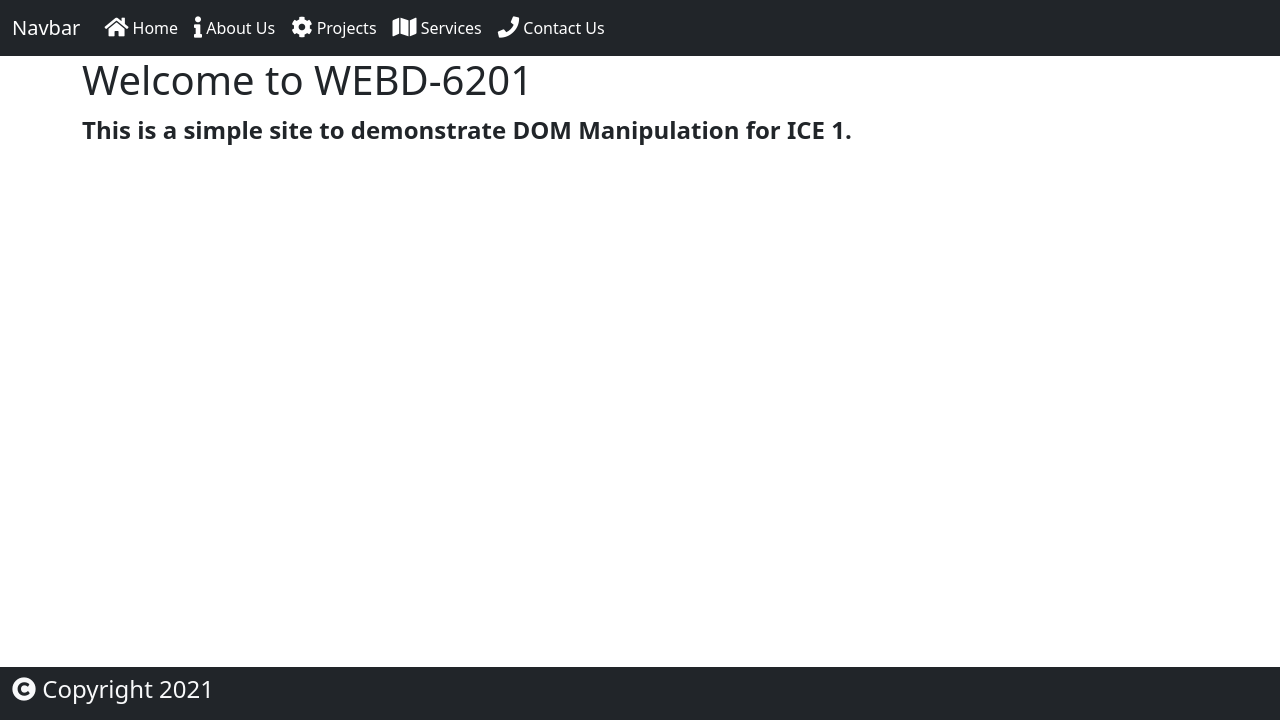
Repository: CKM206/WEBD6201-W2021---ICE1
Page: index.html
An editor plug-in stored every save of this project. The page is shown before and after the next save, followed by the edit.
The browser window is 1280 px wide. The pictures show the whole page.

Above is the page before, as saved 2021-01-20 09:44:28.

### index.html
<!DOCTYPE html>
<html lang="en">
<head>
    <meta charset="UTF-8">
    <meta name="viewport" content="width=device-width, initial-scale=1.0">
    <title>WEBD6201 - W2021 - ICE 1</title>
    <!-- CSS Section -->
    <!-- Inject Bootstrap first, always-->
    <link rel="stylesheet"
    href="./node_modules/bootstrap/dist/css/bootstrap.min.css">
    <!-- Now inject Icon Fonts using Font Awesome-->
    <link rel="stylesheet"
    href="./node_modules/@fortawesome/fontawesome-free/css/all.min.css">
    <!-- Now inject our custom css-->
    <link rel="stylesheet" href="./Content/app.css">
</head>
<body>

    <header>
        <nav class="navbar navbar-expand-lg navbar-dark bg-dark">
            <div class="container-fluid">
              <a class="navbar-brand" href="#">Navbar</a>
              <button class="navbar-toggler" type="button" data-bs-toggle="collapse" data-bs-target="#navbarSupportedContent" aria-controls="navbarSupportedContent" aria-expanded="false" aria-label="Toggle navigation">
                <span class="navbar-toggler-icon"></span>
              </button>
              <div class="collapse navbar-collapse" id="navbarSupportedContent">
                <ul class="navbar-nav me-auto mb-2 mb-lg-0">
                  <li class="nav-item">
                    <a class="nav-link active" aria-current="page" href="#"><i class="fas fa-home fa-lg"></i> Home</a>
                  </li>
                  <li class="nav-item">
                    <a class="nav-link active" aria-current="page" href="#"><i class="fas fa-info fa-lg"></i> About Us</a>
                  </li>
                  <li class="nav-item">
                    <a class="nav-link active" aria-current="page" href="#"><i class="fas fa-cog fa-lg"></i> Projects</a>
                  </li>
                  <li class="nav-item">
                    <a class="nav-link active" aria-current="page" href="#"><i class="fas fa-map fa-lg"></i> Services</a>
                  </li>
                  <li class="nav-item">
                    <a class="nav-link active" aria-current="page" href="#"><i class="fas fa-phone fa-lg"></i> Contact Us</a>
                  </li>
                </ul>
              </div>
            </div>
          </nav>
    </header>

    <main class="container">
        <h1>Welcome to WEBD-6201</h1>
        <p id="paragraphOne"></p>
    </main>

    <!-- Footer Section -->
    <footer>
        <nav class="navbar fixed-bottom navbar-dark bg-dark">
            <div class="container-fluid">
              <h4 class="text-light"><i class="fas fa-copyright text-light"></i> Copyright 2021</h4>
            </div>
          </nav>
    </footer>

    <!--Script Section-->
    <script src="./node_modules/jquery/dist/jquery.min.js"></script>
    <script src="./node_modules/bootstrap/dist/js/bootstrap.bundle.min.js"></script>
    <script src="./Scripts/app.js"></script>
</body>
</html>

### Content/app.css
/* Custom CSS Here */

### Scripts/app.js
/* Custom Javascript Here */
"use strict";   // Indicate that the code should be executed in "strict mode".

// IIFE - Immediately Invoked Function Expression (Anonymous Self-Executing Function)
//-Acts as a Closure, Limits Scope Leak
(function()
{
    function Start()
    {
        console.log("App Started...");

        // This shows different ways of accessing an element; @see index.html <p> on line 51
        //-Each has its own use and solves different problems
        let paragraphOneText = "This is a simple site to demonstrate DOM Manipulation for ICE 1.";
        let paragraphOneElement = document.getElementById("paragraphOne");

        // let aParagraph = document.getElementsByTagName("p")[0];
        // let allParagraphs = document.getElementsByTagName("p");
        // let paragraphOneQuery = document.querySelector("p");
        // let paragraphOneQuerys = document.querySelectorAll("p");

        // Print each variable to the console, see how each one "points" to the same <p> element
        // console.log(paragraphOneElement);
        // console.log(aParagraph);
        // console.log(allParagraphs[0]);
        // console.log(paragraphOneQuery);
        // console.log(paragraphOneQuerys);

        // Assigning values to the textContent of the element we have a reference to
        paragraphOneElement.textContent = paragraphOneText;

        /* We can change the style as well..
          For the most part its best to use css sheets, but this can be useful when attempting
          dynamic effects on the webpage
        */

        //paragraphOneElement.style = "color: blue;";

        // We can change the class of an element as well...
        paragraphOneElement.className = "fs-4 fw-bold";


    }

    window.addEventListener("load", Start);
})();

Loaded but not shown: node_modules/bootstrap/dist/css/bootstrap.min.css (library); node_modules/@fortawesome/fontawesome-free/css/all.min.css (library); node_modules/jquery/dist/jquery.min.js (library); node_modules/bootstrap/dist/js/bootstrap.bundle.min.js (library)

After the next save:
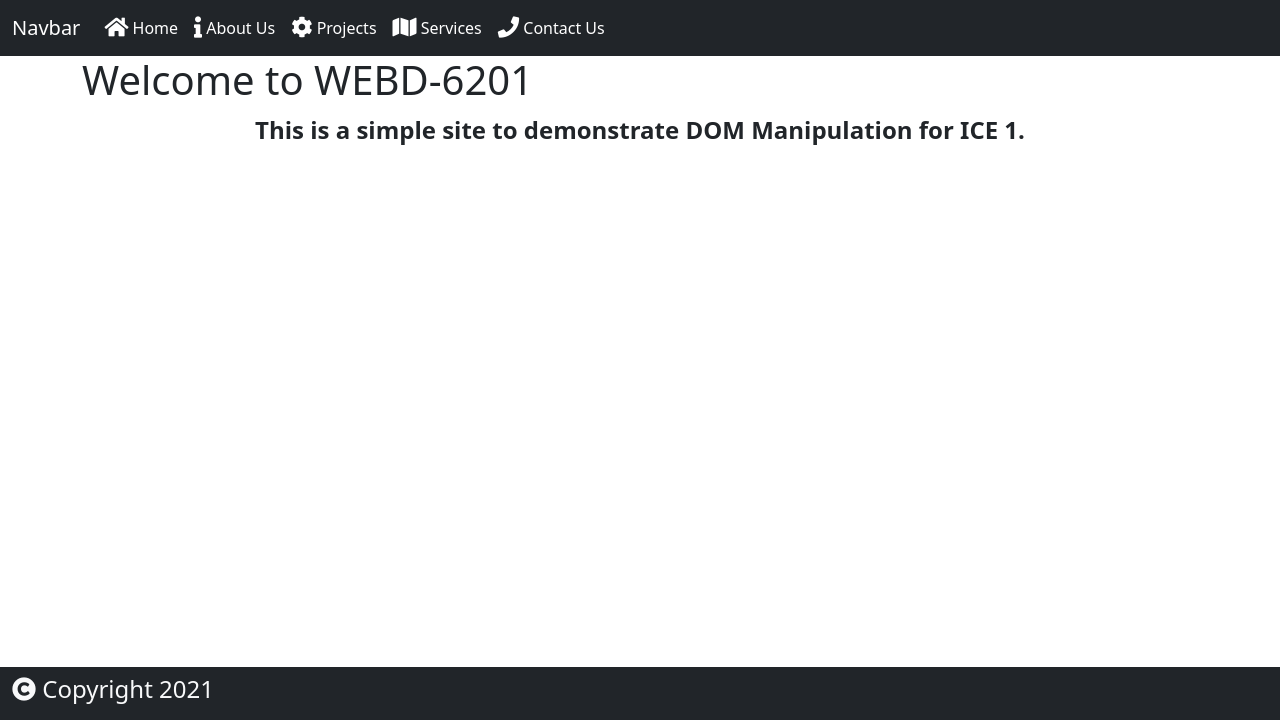
Saved 19 s later.
--- a/Scripts/app.js
+++ b/Scripts/app.js
@@ -33,11 +33,10 @@
           For the most part its best to use css sheets, but this can be useful when attempting
           dynamic effects on the webpage
         */
-
         //paragraphOneElement.style = "color: blue;";
 
         // We can change the class of an element as well...
-        paragraphOneElement.className = "fs-4 fw-bold";
+        paragraphOneElement.className = "fs-4 fw-bold text-center";
 
 
     }
